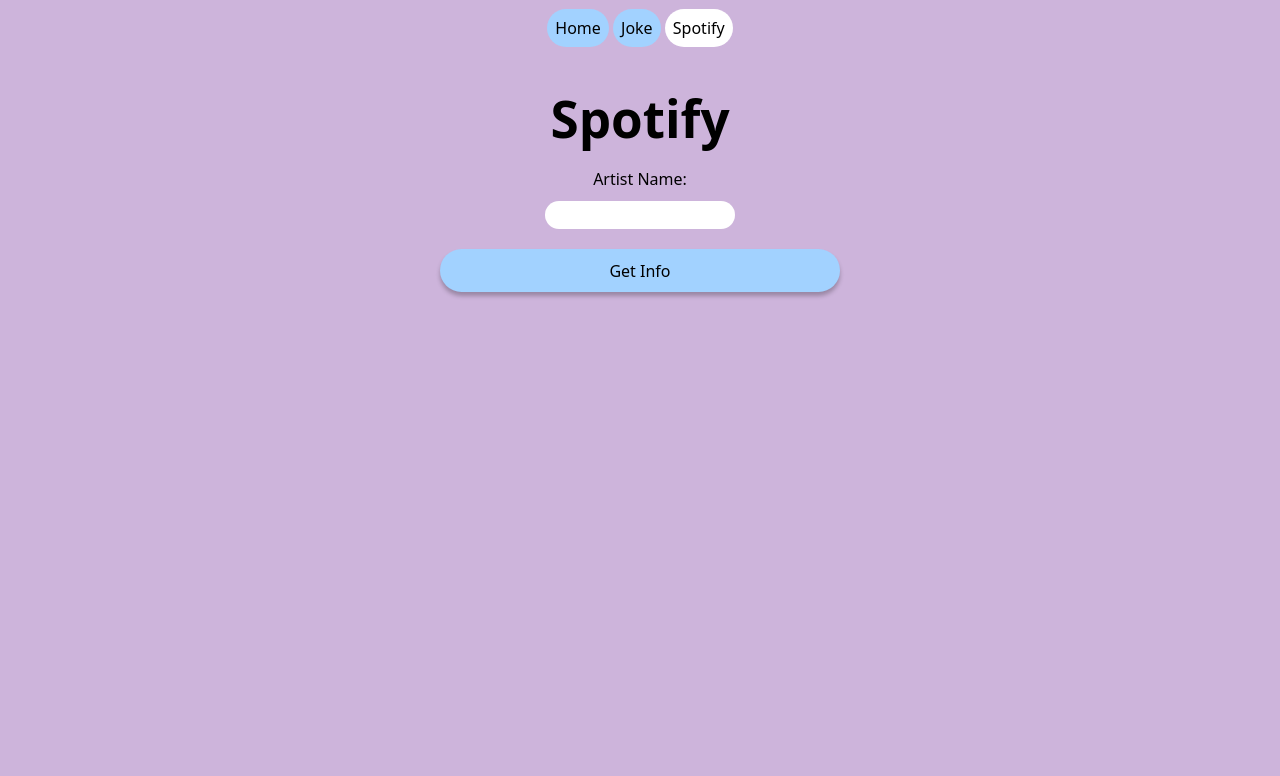
Repository: rosieomusic/spotify-react
Page: /#/spotify
The author's editor kept a copy of each file at every save. The page is drawn from the files as they stood at one save, then again after the next save.
The browser window is 1280 px wide. The pictures show the whole page.
The page's requests for data from a server got no answer. The project was rebuilt for these pictures with package versions that can differ from the ones it lists, and the page was loaded fresh each time. No one was signed in, and anything a server would have sent is missing. Settings that the repository does not hold, such as keys and server addresses, were given made-up values. Also part of the build but not shown: vite.config.js, src/pages/HomePage.jsx, src/components/AlbumComponent.jsx, src/services/JokeService.js, src/pages/JokePage.jsx.

Above is the page before, as saved 2025-05-22 13:40:41.

### index.html
<!DOCTYPE html>
<html lang="en">
	<head>
		<meta charset="UTF-8" />
		<link
			rel="icon"
			type="image/svg+xml"
			href="/vite.svg"
		/>
		<meta
			name="viewport"
			content="width=device-width, initial-scale=1.0"
		/>
		<title>Joke and Spotify API</title>
	</head>
	<body>
		<div id="root"></div>
		<script
			type="module"
			src="/src/main.jsx"
		></script>
	</body>
</html>

### src/index.css
:root {
	font-family: system-ui, Avenir, Helvetica, Arial, sans-serif;
	line-height: 1.5;
	font-weight: 400;
	color: black;
	background-color: white;
	font-synthesis: none;
	text-rendering: optimizeLegibility;
	-webkit-font-smoothing: antialiased;
	-moz-osx-font-smoothing: grayscale;
}

h1 {
	font-size: 3.2em;
	line-height: 1.1;
}

### src/App.jsx
import './App.css';
import { HashRouter, Routes, Route, NavLink } from 'react-router-dom';

import HomePage from './pages/HomePage';
import SpotifyPage from './pages/SpotifyPage';
import JokePage from './pages/JokePage';

function App() {
	return (
		<HashRouter>
			<div id='app-container'>
				<nav>
					<NavLink
						to='/'
						className={({ isActive }) =>
							isActive ? 'nav-link active' : 'nav-link'
						}
					>
						Home
					</NavLink>{' '}
					<NavLink
						to='/joke'
						className={({ isActive }) =>
							isActive ? 'nav-link active' : 'nav-link'
						}
					>
						Joke
					</NavLink>{' '}
					<NavLink
						to='/spotify'
						className={({ isActive }) =>
							isActive ? 'nav-link active' : 'nav-link'
						}
					>
						Spotify
					</NavLink>
				</nav>

				<main>
					<Routes>
						<Route
							path='/'
							element={<HomePage />}
						/>
						<Route
							path='/joke'
							element={<JokePage />}
						/>
						<Route
							path='/spotify'
							element={<SpotifyPage />}
						/>
					</Routes>
				</main>
			</div>
		</HashRouter>
	);
}

export default App;

### src/App.css
html,
body {
	height: 100%;
	margin: 0;
	padding: 0;
	background-color: #cdb4db;
	box-sizing: border-box;
}
body {
	overflow-x: hidden;
}
#root {
	width: 100%;
	margin: 0 auto;
	display: flex;
	justify-content: center;
	align-items: center;
	text-align: center;
}
.spotify-wrapper {
	width: 100%;
	min-width: 100vw;
	min-height: 100vh;
	background-color: #cdb4db;
	display: flex;
	justify-content: center;
	align-items: flex-start;
}

#app-container {
	display: flex;
	flex-direction: column;
	min-height: 100vh;
	flex-grow: 1;
}
.spotify-page {
	flex-grow: 1;
	height: 100%;
	width: 100%;
	display: flex;
	flex-direction: column;
	align-items: center;
	background-color: #cdb4db;

	padding-bottom: 4rem;
}

button {
	background-color: #a2d2ff;
	border: none;
	margin-top: 20px;
	transition: box-shadow 200ms ease-in-out, transform 200ms ease-in-out;
	box-shadow: 0 4px 4px rgba(0, 0, 0, 0.25);
	font: inherit;
	cursor: pointer;
	outline: none;
	transition: border-color 0.25s;
	transform: scale(1);
	display: inline-block;
	transform-origin: center;
	padding: 0.6em 1.2em;
	font-size: 1em;
	font-weight: 500;
	border-radius: 30px;
	width: 400px;
}
button:focus {
	border: none;
	outline: none;
}
button:hover {
	transform: scale(1.05);
	box-shadow: 0 2x 2px rgba(0, 0, 0, 0.25);
}
h1,
p {
	justify-self: center;
	text-align: center;
	align-self: center;
	margin-bottom: 20px;
	text-wrap: wrap;
}
li {
	list-style-type: none;
}
h2 {
	text-align: center;
}

nav {
	text-align: center;
	margin-top: 1rem;
}
.albums {
	display: flex;
	flex-direction: column;
}
.info {
	text-align: left;
	display: flex;

	flex-direction: column;
}
.bandImg {
	max-width: 400px;
	border-radius: 70%;
	padding: 1em;
}
.artist {
	display: flex;
}
.albumImg {
	width: 100%;
	max-width: 90%;
	margin: 2em;
	justify-content: center;
}
a {
	text-decoration: none;
	color: black;
	background-color: #a2d2ff;
	border-radius: 30px;
	padding: 0.5em;
}
.nav-link.active {
	text-decoration: none;
	background-color: white;
	color: black;
}
.nav-link:hover {
	text-decoration: none;
	color: #a2d2ff;
	background-color: black;
}
main {
	display: flex;
	flex-direction: column;
	justify-content: center;
	align-items: center;
	text-align: center;
	height: 100%;
	box-sizing: border-box;
	margin-bottom: 0;
	padding-top: 1rem;
}
input {
	margin-top: 10px;
	border: none;
	padding: 0.5em;
	border-radius: 30px;
}
input:focus {
	border: none;
	outline: none;
}

### src/pages/SpotifyPage.jsx
import React from 'react';
import { useState, useEffect } from 'react';
import SpotifyService from '../services/SpotifyService.js';
import AlbumComponent from '../components/AlbumComponent.jsx';

export default function SpotifyPage() {
	const [token, setToken] = useState('');
	const [artistName, setArtistName] = useState('');
	const [artist, setArtist] = useState('');
	const [albums, setAlbums] = useState('');

	function handleChange(event) {
		setArtistName(event.target.value);
	}

	function getArtistInfo() {
		SpotifyService.getArtist(artistName, token).then((response) => {
			//console.log(response);
			setArtist(response.data.artists.items[0]);
		});
	}
	function getAlbumInfo() {
		SpotifyService.getAlbums(artist.id, token).then((response) => {
			//console.log(response);
			setAlbums(response.data.items);
		});
	}
	function handleKeyPress(event) {
		if (event.key === 'Enter') {
			SpotifyService.getArtist(artistName, token).then((response) => {
				//console.log(response);
				setArtist(response.data.artists.items[0]);
			});
		}
	}

	function getAuthToken() {
		SpotifyService.getAuthToken().then((response) => {
			setToken(response.access_token);
		});
	}
	useEffect(() => {
		getAuthToken();
	}, []);
	return (
		<div className='spotify-wrapper'>
			<div className='spotify-page'>
				<h1>Spotify</h1>
				<label htmlFor='artistName'>Artist Name:</label>
				<input
					type='text'
					value={artistName}
					onChange={handleChange}
					onKeyDown={handleKeyPress}
				/>
				<button onClick={getArtistInfo}>Get Info</button>
				<div id='artist'>
					{artist && (
						<div id='info'>
							<ul>
								<li className='info'>Popularity: {artist.popularity}</li>
								<li className='info'>{artist.name}</li>
								<li className='info'>Followers: {artist.followers.total}</li>
								{artist.genres && artist.genres.length > 0 && (
									<li className='info'>Genres: {artist.genres + ' '} </li>
								)}
							</ul>
							{artist.images && artist.images.length > 0 && (
								<img
									className='bandImg'
									src={artist.images[0].url}
									alt={`${artist.name} Img`}
								/>
							)}
							<div className='albums'>
								<button onClick={getAlbumInfo}>Get Albums</button>
								{albums && <AlbumComponent albums={albums} />}
							</div>
						</div>
					)}
				</div>
			</div>
		</div>
	);
}

### src/services/SpotifyService.js
import axios from 'axios';

const client_id = import.meta.env.VITE_SPOTIFY_ID;
const client_secret = import.meta.env.VITE_SPOTIFY_SECRET;
const auth_token = btoa(`${client_id}:${client_secret}`);

export default {
	getAuthToken() {
		return axios
			.post(
				'https://accounts.spotify.com/api/token',
				new URLSearchParams({
					grant_type: 'client_credentials',
				}).toString(),
				{
					headers: {
						'Content-Type': 'application/x-www-form-urlencoded',
						Authorization: 'Basic ' + auth_token,
					},
				}
			)
			.then((response) => response.data);
	},

	getArtist(artistName, token) {
		return axios.get(
			`https://api.spotify.com/v1/search?q=${artistName}&type=artist`,
			{
				headers: { Authorization: 'Bearer ' + token },
			}
		);
	},

	getAlbums(artistId, token) {
		return axios.get(`https://api.spotify.com/v1/artists/${artistId}/albums`, {
			headers: { Authorization: 'Bearer ' + token },
		});
	},
};

Loaded but not shown: src/main.jsx (common file)

After the next save:
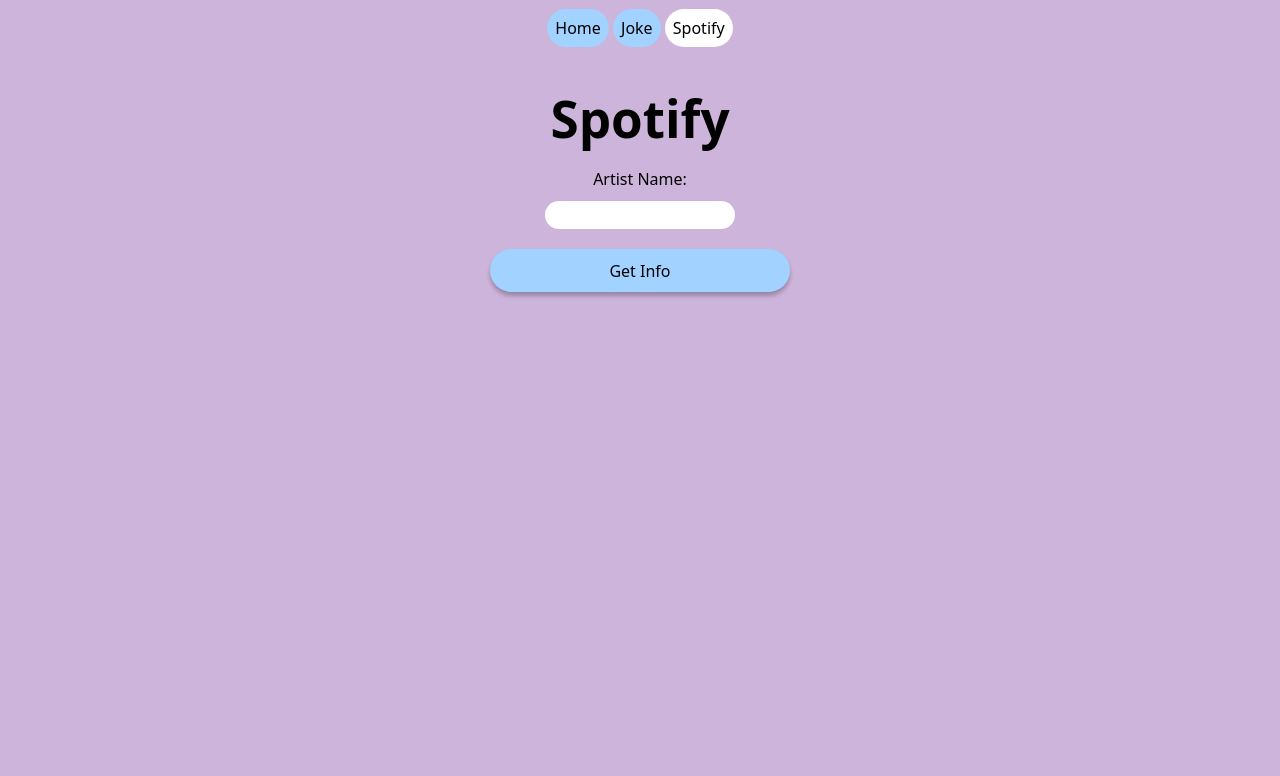
Saved 10 s later.
--- a/src/App.css
+++ b/src/App.css
@@ -56,13 +56,13 @@ button {
 	outline: none;
 	transition: border-color 0.25s;
 	transform: scale(1);
-	display: inline-block;
+
 	transform-origin: center;
 	padding: 0.6em 1.2em;
 	font-size: 1em;
 	font-weight: 500;
 	border-radius: 30px;
-	width: 400px;
+	width: 300px;
 }
 button:focus {
 	border: none;
